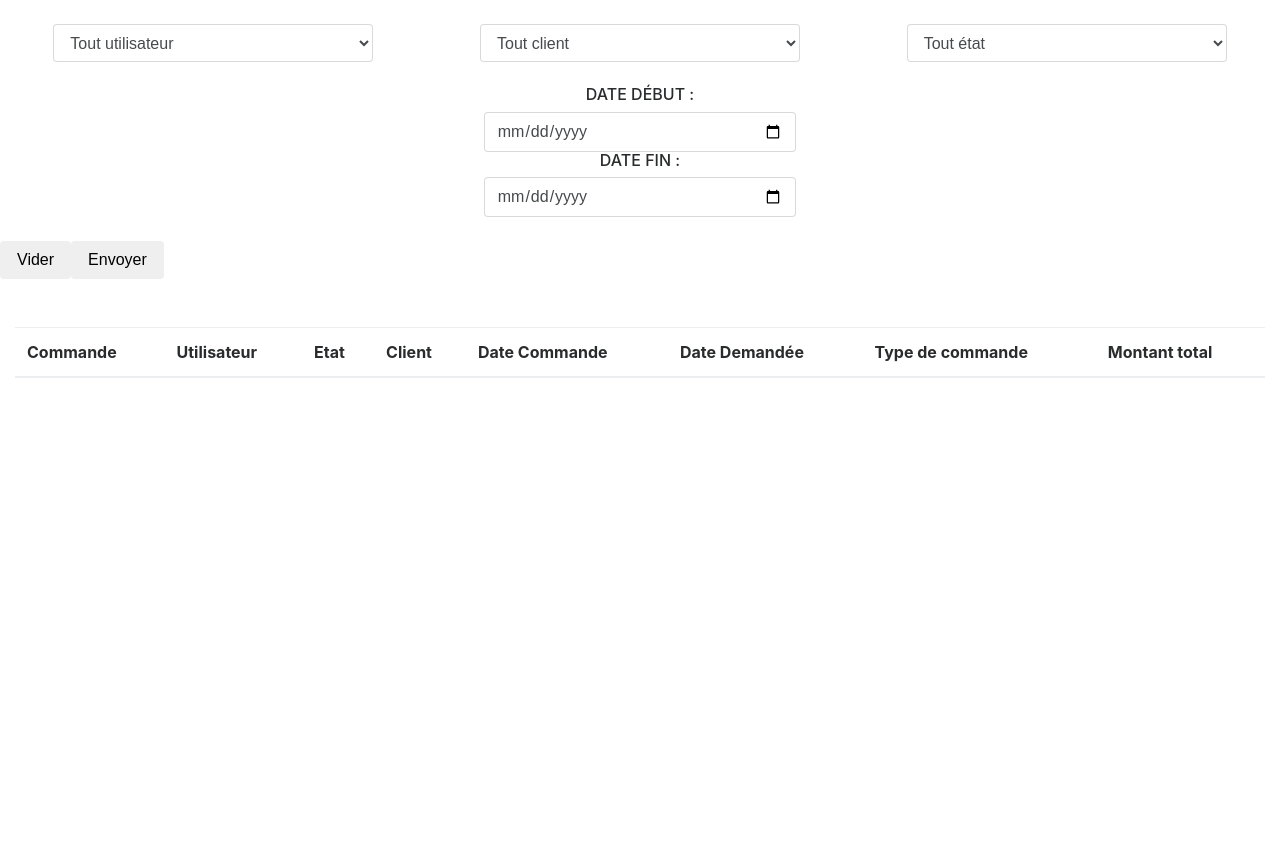
Repository: vmele/Cote
Page: http://localhost/PPE4_VMELE/reporting.jsp
The author's editor kept a copy of each file at every save. The page is drawn from the files as they stood at one save, then again after the next save.
The browser window is 1280 px wide. The pictures show the whole page.
Some web libraries are served in a nearby version. The page is served by Tomcat 9. Other server files are loaded and not shown. Queries for data that is not in the repository find no rows.

Above is the page before, as saved 2017-05-31 16:33:33.
Console error (its wording comes from the project's code and is left out).

### Workspace/PPE4_VMELE/WebContent/reporting.jsp
<%@ page language="java" contentType="text/html; charset=UTF-8"
	pageEncoding="UTF-8"%>
<!DOCTYPE html>
<html>
<head>


<link rel="stylesheet"
	href="//code.jquery.com/ui/1.12.1/themes/base/jquery-ui.css">
<link rel="stylesheet" href="css/style.css">
<link rel="stylesheet"
	href="https://maxcdn.bootstrapcdn.com/bootstrap/4.0.0-alpha.6/css/bootstrap.min.css"
	integrity="sha384-rwoIResjU2yc3z8GV/NPeZWAv56rSmLldC3R/AZzGRnGxQQKnKkoFVhFQhNUwEyJ"
	crossorigin="anonymous">
<script src="https://code.jquery.com/jquery-1.12.4.js"></script>
<script src="https://code.jquery.com/ui/1.12.1/jquery-ui.js"></script>
<!-- <script
	src="https://cdn.datatables.net/1.10.15/js/jquery.dataTables.min.js"></script> -->
<script type="text/javascript" src="js/reporting.js"></script>
<script
	src="https://cdnjs.cloudflare.com/ajax/libs/Chart.js/2.5.0/Chart.min.js"></script>
<script
	src="https://maxcdn.bootstrapcdn.com/bootstrap/4.0.0-alpha.6/js/bootstrap.min.js"
	integrity="sha384-vBWWzlZJ8ea9aCX4pEW3rVHjgjt7zpkNpZk+02D9phzyeVkE+jo0ieGizqPLForn"
	crossorigin="anonymous"></script>



<meta http-equiv="Content-Type" content="text/html; charset=UTF-8">
<title>Reporting</title>
</head>
<body>

	<div class="container-fluid"><br>
	<div class="selecteur">
		<div class="row">
			<select id="searchUtilisateur" class="form-control col-md-3"
				name="searchUtilisateur">
			</select> <select id="searchClient" class="form-control col-md-3"
				name="searchClient">
			</select> <select id="searchEtat" class="form-control col-md-3"
				name="searchEtat">
			</select>
		</div>
<br>
<h6>Date début :</h6>
		<div class="search-container">
			<div class="ui-widget">
				<input type="date" id="dateDebut" name="dateDebut" class="search form-control col-md-3" />
			</div>
		</div>

		<h6>Date fin :</h6>
		<div class="search-container">
			<div class="ui-widget">
				<input type="date" id="dateFin" name="dateFin" class="search form-control col-md-3" />
			</div>
		</div>
</div>
		<br>
		<div class="row text-center"><button id="searchListe" onclick="sendInfos()" type="button"
			class="btn">Vider</button> <button id="searchListe" onclick="sendInfos()" type="button"
			class="btn">Envoyer</button></div>
		<br> <br>


		<script type="text/javascript">
			var barChart = null;

			function sendInfos() {

				var table = document.getElementById("dataTable");

				$('#dataTable tbody').empty();

				if (barChart != null) {
					barChart.destroy();
				}

				var utilisateur = document.getElementById('searchUtilisateur');
				var utilisateurValue = utilisateur.value;

				var client = document.getElementById('searchClient');
				var clientValue = client.value;

				var etat = document.getElementById('searchEtat');
				var etatValue = etat.value;

				var dateDebut = document.getElementById('dateDebut');
				var dateDebutValue = dateDebut.value;

				var dateFin = document.getElementById('dateFin');
				var dateFinValue = dateFin.value;

				console.log("idUtilisateur : " + utilisateurValue
						+ " /n idClient : " + clientValue + " /n Début : "
						+ dateDebutValue + " /n Fin : " + dateFinValue);

				$.ajax({
					url : 'RechercheListe',
					method : 'POST',
					data : 'utilisateur=' + utilisateurValue + '&client='
							+ clientValue + '&etat=' + etatValue + '&debut='
							+ dateDebutValue + '&fin=' + dateFinValue,
					success : function(result) {

						var refCommande = [];
						var utilisateur = [];
						var dateCommande = [];
						var dateDemandee = [];
						var typeCommande = [];
						var moyenContact = [];
						var etatCommande = [];
						var client = [];
						var total = [];

						$.each(result, function(key, value) {

							refCommande.push(value['refCommande']);
							utilisateur.push(value['utilisateur']);
							dateCommande.push(value['dateCommande']);
							dateDemandee.push(value['dateDemandee']);
							typeCommande.push(value['type']);
							moyenContact.push(value['moyenContact']);
							etatCommande.push(value['etatCommande']);
							client.push(value['client']);
							total.push(value['montant']);

						});

						var t = "";
						for (var i = 0; i < refCommande.length; i++) {
							var tr = "<tr>";
							tr += "<td>" + refCommande[i] + "</td>";
							tr += "<td>" + utilisateur[i].prenom + " "
									+ utilisateur[i].nom + "</td>";
							tr += "<td>" + etatCommande[i].libelle + "</td>";
							tr += "<td>" + client[i].raisonSociale + "</td>";
							tr += "<td>" + dateCommande[i] + "</td>";
							tr += "<td>" + dateDemandee[i] + "</td>";
							tr += "<td>" + typeCommande[i].libelle + "</td>";
							tr += "<td>" + total[i] + "€" + "</td>";
							tr += "</tr>";
							t += tr;
						}

						document.getElementById("dataTable").innerHTML += t;
					}
				});
				$.ajax({
					url : 'RechercheChart',
					method : 'POST',
					data : 'utilisateur=' + utilisateurValue + '&client='
							+ clientValue + '&etat=' + etatValue + '&debut='
							+ dateDebutValue + '&fin=' + dateFinValue,
					success : function(result) {
						console.log(result);

						var nom = [];
						var prenom = [];
						var montant = [];

						$.each(result, function(key, value) {
							nom.push(value['nom']);
							prenom.push(value['prenom']);
							montant.push(value['montant']);
						});

						for (var i = 0; i < utilisateur.length; i++) {
							console.log("Liste des utilisateurs : ");
							console.log(nom[i] + " " + prenom[i] + " || "
									+ montant[i]);
						}

						// Bar chart
						barChart = new Chart(document
								.getElementById("bar-chart"), {
							type : 'bar',
							data : {

								labels : nom,
								datasets : [ {
									label : "Recette (€)",
									backgroundColor : [ "#3e95cd", "#8e5ea2",
											"#3cba9f", "#e8c3b9", "#c45850" ],
									data : montant
								} ]
							},
							options : {
								legend : {
									display : false
								},
								title : {
									display : true,
									text : 'Montant des commandes.'
								},
								scales : {
									yAxes : [ {
										ticks : {
											beginAtZero : true
										}
									} ]
								}
							}
						});
					}
				});
			}
		</script>



		<table id="dataTable" cellspacing="0" width="100%"
			class="table table-striped">
			<thead>
				<tr>
					<th>Commande</th>
					<th>Utilisateur</th>
					<th>Etat</th>
					<th>Client</th>
					<th>Date Commande</th>
					<th>Date Demandée</th>
					<th>Type de commande</th>
					<th>Montant total</th>
				</tr>
			</thead>
			<tbody>


			</tbody>
		</table>

		<canvas id="bar-chart" width="800" height="450"></canvas>


	</div>

</body>
</html>

### Workspace/PPE4_VMELE/WebContent/css/style.css
@import url('https://fonts.googleapis.com/css?family=Open+Sans');

h6 {
	font-family: 'Open Sans', sans-serif;
	text-transform : uppercase;
	font-size : 8px;
	text-align : center;
}

.selecteur select {

	margin-right : auto;
	margin-left : auto;
}
.selecteur input {

	margin-right : auto;
	margin-left : auto;
}

.selecteur btn {
	text-align : center;
	margin-right : auto;
	margin-left : auto
}

### Workspace/PPE4_VMELE/src/servlet/RechercheClient.java
package servlet;

import java.io.IOException;
import java.util.ArrayList;
import java.util.List;

import javax.servlet.ServletException;
import javax.servlet.annotation.WebServlet;
import javax.servlet.http.HttpServlet;
import javax.servlet.http.HttpServletRequest;
import javax.servlet.http.HttpServletResponse;

import com.google.gson.Gson;

import business.Client;
import service.ClientService;
import service.impl.ClientServiceImpl;

/**
 * Servlet implementation class RechercheClient
 */
public class RechercheClient extends HttpServlet {
	private static final long serialVersionUID = 1L;

	private ClientService clientServiceImpl;
	List<Client> listeClients = new ArrayList<>();

	/**
	 * @throws Exception
	 * @see HttpServlet#HttpServlet()
	 */
	public RechercheClient() throws Exception {
		clientServiceImpl = new ClientServiceImpl();
	}

	/**
	 * @see HttpServlet#doGet(HttpServletRequest request, HttpServletResponse
	 *      response)
	 */
	protected void doGet(HttpServletRequest request, HttpServletResponse response)
			throws ServletException, IOException {

		System.out.println("Passe par le DoPost /RechercheClientServet");

		response.setContentType("application/json");

		try {

			List<Client> listeClients = clientServiceImpl.recupererListeClients();

			String json = new Gson().toJson(listeClients);
			response.getWriter().write(json);

		} catch (Exception e) {
			System.err.println(e.getMessage());
		}
	}

	/**
	 * @see HttpServlet#doPost(HttpServletRequest request, HttpServletResponse
	 *      response)
	 */
	protected void doPost(HttpServletRequest request, HttpServletResponse response)
			throws ServletException, IOException {
		doGet(request, response);
	}

}

### Workspace/PPE4_VMELE/src/service/impl/ClientServiceImpl.java
package service.impl;

import java.util.ArrayList;
import java.util.List;

import business.Client;
import business.Utilisateur;
import dao.ClientDao;
import dao.impl.ClientDaoImpl;
import service.ClientService;

public class ClientServiceImpl implements ClientService {

	private ClientDao ClientDaoImpl;

	public ClientServiceImpl() throws Exception
	{
		super();
	//	System.out.println("Constructeur ClientServiceImpl");
		this.ClientDaoImpl = new ClientDaoImpl();
	}

	@Override
	public Client recupererClientParID(int idClient)
	{
		Client Client;

		Client = ClientDaoImpl.findClientById(idClient);

		return Client;
	}

	@Override
	public List<Client> recupererListeClients()
	{
		List<Client> listeClients = new ArrayList<Client>();

		listeClients = ClientDaoImpl.findAllClients();

		return listeClients;
	}

	@Override
	public List<Client> recupererClientParRS(String raisonSociale)
	{
		List<Client> listeClients = new ArrayList<Client>();

		listeClients = ClientDaoImpl.findClientByRS(raisonSociale);

		return listeClients;
	}

}

### Workspace/PPE4_VMELE/src/dao/ClientDao.java
package dao;

import java.util.List;

import business.Client;

public interface ClientDao {

	/**
	 * Permet de récupérer un objet Utilisateur en fonction de son ID
	 *
	 * @param idUtilisateur
	 *            ID de l'utilisateur
	 * @return L'objet Utilisateur
	 */
	public Client findClientById(int idClient);

	/**
	 * Permet de récupérer la liste des utilisateurs
	 *
	 * @return Liste des utilisateurs
	 */
	public List<Client> findAllClients();

	public List<Client> findClientByRS(String raisonSociale);
}

### Workspace/PPE4_VMELE/src/dao/ConnexionBDD.java
package dao;

import java.sql.Connection;
import java.sql.DriverManager;
import java.sql.PreparedStatement;
import java.sql.ResultSet;
import java.sql.SQLException;
import java.sql.Statement;

/**
 * Commentaire OK
 * @author mathieu
 *
 */
public class ConnexionBDD
{

	/**
	 * Déclaration des constantes de ConnexionBDD
	 */
	private static final String URL = "jdbc:postgresql://localhost:5432/e4_vmele";
	private static final String UTILISATEUR = "postgres";
	private static final String MOT_DE_PASSE = "postgres";
	private static Connection connexion;
	/*private static Statement statement;*/

	/**
	 * Accesseur de la connexion
	 * @return
	 */
	public static Connection getConnection()
	{

		if (connexion == null)
		{

			try
			{
				Class.forName("org.postgresql.Driver");
			}
			catch (ClassNotFoundException e1)
			{
				// TODO Auto-generated catch block
				e1.printStackTrace();
			}

			try
			{
				connexion = DriverManager.getConnection(URL, UTILISATEUR, MOT_DE_PASSE);

			}
			catch (SQLException e)
			{

				e.printStackTrace();

			}

		}

		return connexion;

	}

	/**
	 * Close la connexion
	 * @param statement
	 * @param preparedStatement
	 * @param resultat
	 */
	public static void close(Statement statement, PreparedStatement preparedStatement, ResultSet resultat)
	{
		if (resultat != null)
		{
			try
			{
				resultat.close();
			}
			catch (SQLException ignore)
			{

			}
		}

		if (preparedStatement != null)
		{
			try
			{
				preparedStatement.close();
			}
			catch (SQLException ignore)
			{

			}
		}

		if (statement != null)
		{
			try
			{
				statement.close();
			}
			catch (SQLException ignore)
			{

			}
		}
	}


	/**
	 * Close la co
	 * @param preparedStatement
	 * @param resultat
	 */
	public static void close(PreparedStatement preparedStatement, ResultSet resultat)
	{
		close(null, preparedStatement, resultat);
	}
}

### Workspace/PPE4_VMELE/src/servlet/RechercheUtilisateur.java
package servlet;

import java.io.IOException;
import java.util.ArrayList;
import java.util.HashMap;
import java.util.List;

import javax.servlet.ServletException;
import javax.servlet.http.HttpServlet;
import javax.servlet.http.HttpServletRequest;
import javax.servlet.http.HttpServletResponse;

import com.fasterxml.jackson.core.JsonEncoding;
import com.fasterxml.jackson.core.JsonProcessingException;
import com.fasterxml.jackson.databind.ObjectMapper;
import com.google.gson.Gson;
import com.google.gson.JsonObject;

import business.Client;
import business.Utilisateur;
import service.UtilisateurService;
import service.impl.UtilisateurServiceImpl;

/**
 * Servlet implementation class RechercheUtilisateur
 */
public class RechercheUtilisateur extends HttpServlet {
	private static final long serialVersionUID = 1L;

	private UtilisateurService utilisateurServiceImpl;
	List<Utilisateur> listeUtilisateurs = new ArrayList<>();

	public RechercheUtilisateur() throws Exception {
		utilisateurServiceImpl = new UtilisateurServiceImpl();
	}

	/**
	 * @see HttpServlet#doGet(HttpServletRequest request, HttpServletResponse
	 *      response)
	 */
	protected void doGet(HttpServletRequest request, HttpServletResponse response)
			throws ServletException, IOException {
		System.out.println("Passe par le DoPost /RechercheUtilisateurServet");

		response.setContentType("application/json");

		try {

			List<Utilisateur> listeUtilisateurs = utilisateurServiceImpl.recupererListeUtilisateurs();
			String json = new Gson().toJson(listeUtilisateurs);
			response.getWriter().write(json);

		} catch (Exception e) {
			System.err.println(e.getMessage());
		}

	}

	/**
	 * @see HttpServlet#doPost(HttpServletRequest request, HttpServletResponse
	 *      response)
	 */
	protected void doPost(HttpServletRequest request, HttpServletResponse response)
			throws ServletException, IOException {
		doGet(request, response);

	}
}



//System.out.println("Passe par le DoPost /RechercheClientServet");
//
//response.setContentType("application/json");
//
//try {
//	String raisonSociale = request.getParameter("client");
//
//	List<Client> listeClients = clientServiceImpl.recupererClientParRS(raisonSociale);
//
//	String json = new Gson().toJson(listeClients);
//	response.getWriter().write(json);
//
//} catch (Exception e) {
//	System.err.println(e.getMessage());
//}

### Workspace/PPE4_VMELE/src/service/impl/UtilisateurServiceImpl.java
package service.impl;

import java.util.ArrayList;
import java.util.List;

import business.Utilisateur;
import dao.UtilisateurDao;
import dao.impl.UtilisateurDaoImpl;
import service.UtilisateurService;

public class UtilisateurServiceImpl implements UtilisateurService {

	private UtilisateurDao utilisateurDaoImpl;

	public UtilisateurServiceImpl() throws Exception
	{
		super();
	//	System.out.println("Constructeur UtilisateurServiceImpl");

		this.utilisateurDaoImpl = new UtilisateurDaoImpl();
	}

	@Override
	public Utilisateur recupererUtilisateurParID(int idUtilisateur)
	{
		Utilisateur utilisateur;

		utilisateur = utilisateurDaoImpl.findUtilisateurById(idUtilisateur);

		return utilisateur;
	}

	@Override
	public List<Utilisateur> recupererListeUtilisateurs()
	{

		List<Utilisateur> listeUtilisateurs = new ArrayList<Utilisateur>();

		listeUtilisateurs = utilisateurDaoImpl.findAllUtilisateurs();

		return listeUtilisateurs;
	}

	@Override
	public List<Utilisateur> recupererUtilisateursParPrenom(String prenomUtilisateur)
	{

		List<Utilisateur> listeUtilisateurs = new ArrayList<Utilisateur>();

		listeUtilisateurs = utilisateurDaoImpl.findUtilisateursByName(prenomUtilisateur);

		return listeUtilisateurs;
	}

	@Override
	public List<Utilisateur> recupererUtilisateursMontantParFiltre(String filtre)
	{

		List<Utilisateur> listeUtilisateurs = new ArrayList<Utilisateur>();

		listeUtilisateurs = utilisateurDaoImpl.findUtilisateurByFilter(filtre);

		return listeUtilisateurs;
	}
}

### Workspace/PPE4_VMELE/src/dao/UtilisateurDao.java
package dao;

import java.util.List;

import business.Utilisateur;

public interface UtilisateurDao {

	/**
	 * Permet de récupérer un objet Utilisateur en fonction de son ID
	 *
	 * @param idUtilisateur
	 *            ID de l'utilisateur
	 * @return L'objet Utilisateur
	 */
	public Utilisateur findUtilisateurById(int idUtilisateur);

	/**
	 * Permet de récupérer la liste des utilisateurs
	 *
	 * @return Liste des utilisateurs
	 */
	public List<Utilisateur> findAllUtilisateurs();


	public List<Utilisateur> findUtilisateursByName(String prenomUtilisateur);

	public List<Utilisateur> findUtilisateurByFilter(String filter);

}

### Workspace/PPE4_VMELE/src/servlet/RechercheEtatCommande.java
package servlet;

import java.io.IOException;
import java.util.ArrayList;
import java.util.List;

import javax.servlet.ServletException;
import javax.servlet.http.HttpServlet;
import javax.servlet.http.HttpServletRequest;
import javax.servlet.http.HttpServletResponse;

import com.google.gson.Gson;

import business.EtatCommande;
import service.impl.EtatCommandeServiceImpl;

/**
 * Servlet implementation class RechercheEtatCommande
 */
public class RechercheEtatCommande extends HttpServlet {
	private static final long serialVersionUID = 1L;

	private EtatCommandeServiceImpl etatCommandeServiceImpl;
	List<EtatCommande> listeEtatCommandes = new ArrayList<>();

    /**
     * @throws Exception
     * @see HttpServlet#HttpServlet()
     */
    public RechercheEtatCommande() throws Exception {
    	etatCommandeServiceImpl = new EtatCommandeServiceImpl();
    }

	/**
	 * @see HttpServlet#doGet(HttpServletRequest request, HttpServletResponse response)
	 */
	protected void doGet(HttpServletRequest request, HttpServletResponse response) throws ServletException, IOException {

		System.out.println("Passe par le DoGet /RechercheEtatCommandeServet");

		response.setContentType("application/json");

		try {

			List<EtatCommande> listeEtatsCommande = etatCommandeServiceImpl.recupererListeEtatCommandes();
			System.out.println("Liste des Etat" + listeEtatsCommande);

			String json = new Gson().toJson(listeEtatsCommande);
			response.getWriter().write(json);

		} catch (Exception e) {
			System.err.println(e.getMessage());
		}
	}

	/**
	 * @see HttpServlet#doPost(HttpServletRequest request, HttpServletResponse response)
	 */
	protected void doPost(HttpServletRequest request, HttpServletResponse response) throws ServletException, IOException {
		// TODO Auto-generated method stub
		doGet(request, response);
	}

}

### Workspace/PPE4_VMELE/src/dao/EtatCommandeDao.java
package dao;

import java.util.List;

import business.EtatCommande;

public interface EtatCommandeDao {
	/**
	 * Permet de récupérer un objet Utilisateur en fonction de son ID
	 *
	 * @param idUtilisateur
	 *            ID de l'utilisateur
	 * @return L'objet Utilisateur
	 */
	public EtatCommande findEtatCommandeById(int idEtatCommande);

	/**
	 * Permet de récupérer la liste des utilisateurs
	 *
	 * @return Liste des utilisateurs
	 */
	public List<EtatCommande> findAllEtatCommandes();
}

### Workspace/PPE4_VMELE/src/dao/impl/EtatCommandeDaoImpl.java
package dao.impl;

import java.sql.Connection;
import java.sql.PreparedStatement;
import java.sql.ResultSet;
import java.sql.SQLException;
import java.sql.Statement;
import java.util.ArrayList;
import java.util.List;

import business.Client;
import business.EtatCommande;
import dao.ConnexionBDD;
import dao.EtatCommandeDao;
import dao.requete.ClientRequete;
import dao.requete.EtatCommandeRequete;

public class EtatCommandeDaoImpl implements EtatCommandeDao {

	private Connection connexion = ConnexionBDD.getConnection();

	public EtatCommandeDaoImpl() throws Exception {
		super();
		System.out.println("Constructeur EtatCommandeDaoImpl");
	}

	@Override
	public EtatCommande findEtatCommandeById(int idEtat) {
		ResultSet resultat = null;
		PreparedStatement preparedStatement = null;

		int id_Etat;
		String libelle;
		EtatCommande etatCommande = null;

		try {
			preparedStatement = connexion.prepareStatement(EtatCommandeRequete.FIND_ETAT_COMMANDE_BY_ID);
			preparedStatement.setInt(1, idEtat);
			resultat = preparedStatement.executeQuery();

			if (resultat != null) {
				while (resultat.next()) {
					id_Etat = resultat.getInt(1);
					libelle = resultat.getString(2);

					etatCommande = new EtatCommande(id_Etat, libelle);
				}
			} else {
				etatCommande = null;
			}

		} catch (SQLException e) {
			System.out.println("EtatCommandeDaoImpl/findEtatCommandeById - Erreur SQL : " + e.getMessage());
		} finally {
			ConnexionBDD.close(null, preparedStatement, resultat);
		}
		return etatCommande;
	}

	@Override
	public List<EtatCommande> findAllEtatCommandes() {
		Statement statement = null;
		ResultSet resultat = null;

		List<EtatCommande> listeEtatCommandes = new ArrayList<EtatCommande>();

		int id_Etat;
		String libelle;
		EtatCommande etatCommande = null;

		try {
			statement = connexion.createStatement();
			resultat = statement.executeQuery(EtatCommandeRequete.FIND_ALL_ETAT_COMMANDE);

			if (resultat != null) {
				while (resultat.next()) {
					id_Etat = resultat.getInt(1);
					libelle = resultat.getString(2);

					etatCommande = new EtatCommande(id_Etat, libelle);
					listeEtatCommandes.add(etatCommande);
				}
			} else {
			}

		} catch (SQLException e) {
			System.out.println("EtatCommandeDaoImpl/findAllEtatCommande - Erreur SQL : " + e.getMessage());
		} finally {
			ConnexionBDD.close(statement, null, resultat);
		}

		return listeEtatCommandes;
	}

}

Loaded but not shown: Workspace/PPE4_VMELE/WebContent/js/reporting.js (81 lines, source omitted); Workspace/PPE4_VMELE/src/dao/impl/UtilisateurDaoImpl.java (208 lines, source omitted); Workspace/PPE4_VMELE/src/dao/impl/ClientDaoImpl.java (129 lines, source omitted)

After the next save:
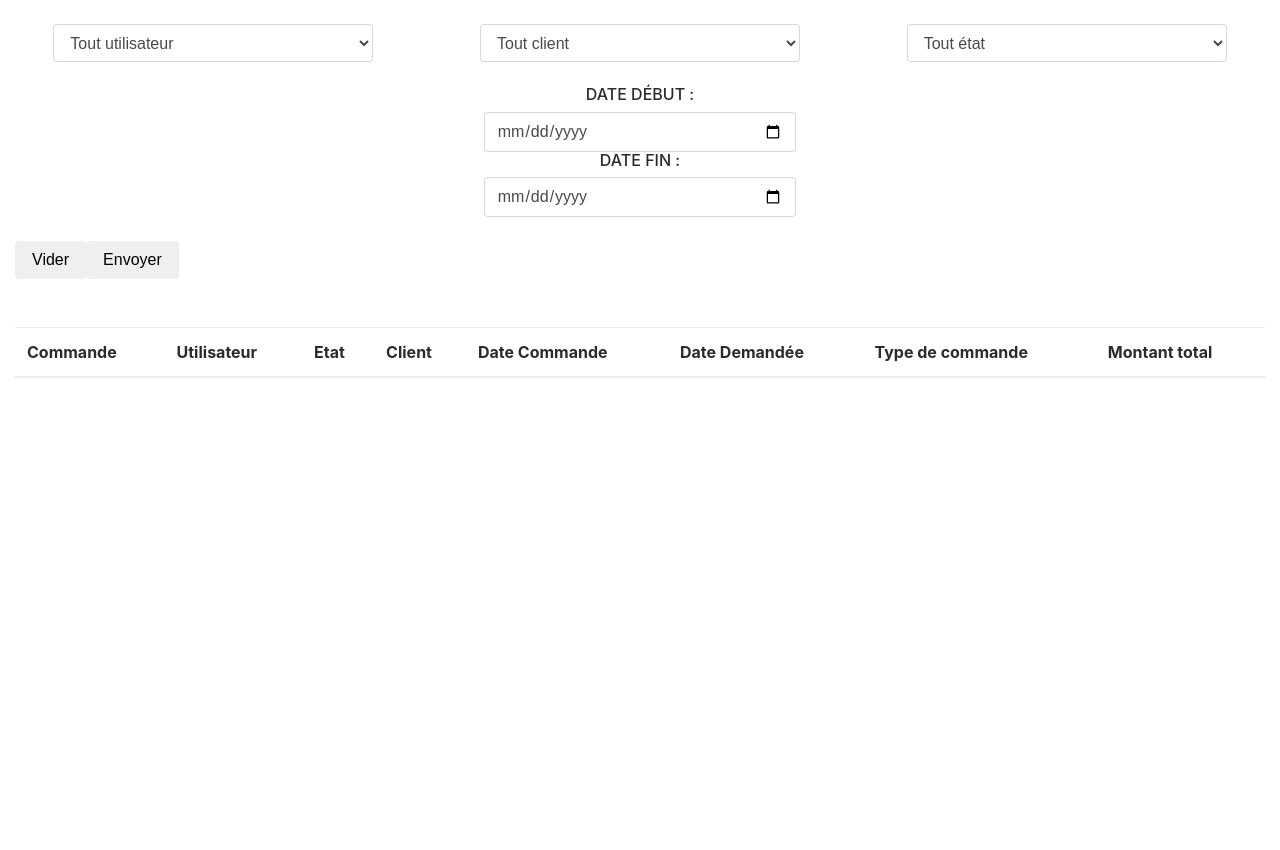
Saved 35 s later.
--- a/Workspace/PPE4_VMELE/WebContent/reporting.jsp
+++ b/Workspace/PPE4_VMELE/WebContent/reporting.jsp
@@ -58,7 +58,7 @@
 		</div>
 </div>
 		<br>
-		<div class="row text-center"><button id="searchListe" onclick="sendInfos()" type="button"
+		<div class="row text-center" style="text-align : center; margin-left: auto; margin-right : auto;"><button id="searchListe" onclick="sendInfos()" type="button"
 			class="btn">Vider</button> <button id="searchListe" onclick="sendInfos()" type="button"
 			class="btn">Envoyer</button></div>
 		<br> <br>
